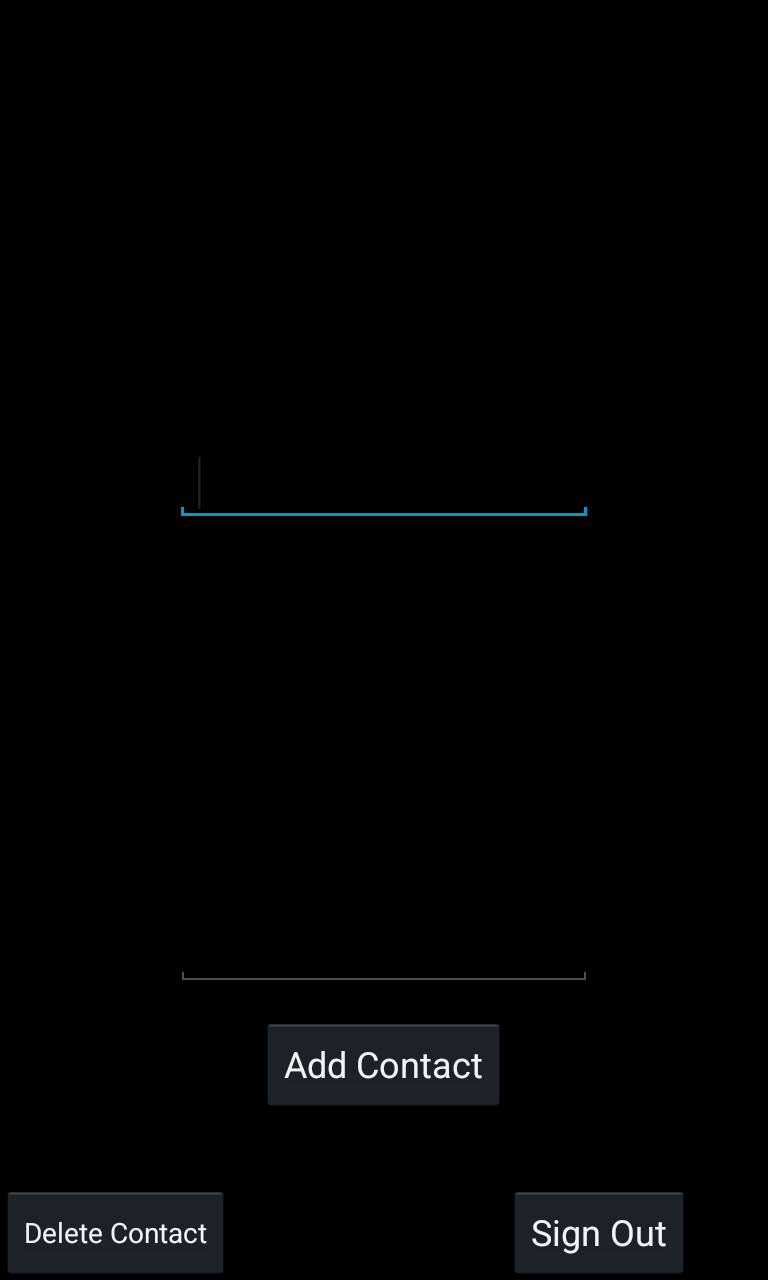
Repository: arianaantonio/CPMD
Layout: ContactsAppAndroid/res/layout/contacts_layout.xml
An editor plug-in stored every save of this project. The layout is shown before and after the next save, followed by the edit.
It is drawn on a 768 x 1280 px phone screen (xhdpi) without system bars, with theme android:Theme.Holo; the app's code is not run. Lists and similar views that code fills are empty.

Above is the layout before, as saved 2014-10-30 09:41:46.

### ContactsAppAndroid/res/layout/contacts_layout.xml
<?xml version="1.0" encoding="utf-8"?>
<RelativeLayout xmlns:android="http://schemas.android.com/apk/res/android"
    xmlns:tools="http://schemas.android.com/tools"
    android:layout_width="match_parent"
    android:layout_height="match_parent"
    android:orientation="vertical"
    tools:context="com.parse.starter.ContactsActivity" >

    <ListView
        android:id="@+id/listView1"
        android:layout_width="match_parent"
        android:layout_height="200dp"
        android:layout_alignParentTop="true"
        android:layout_centerHorizontal="true"
        android:layout_marginTop="22dp" >
    </ListView>

    <Button
        android:id="@+id/deleteButton"
        style="?android:attr/buttonStyleSmall"
        android:layout_width="wrap_content"
        android:layout_height="wrap_content"
        android:layout_alignParentBottom="true"
        android:layout_alignParentLeft="true"
        android:text="@string/delete" />

    <Button
        android:id="@+id/signoutButton"
        android:layout_width="wrap_content"
        android:layout_height="wrap_content"
        android:layout_alignParentBottom="true"
        android:layout_toRightOf="@+id/addButton"
        android:text="@string/signOut" />

    <EditText
        android:id="@+id/editText1"
        android:layout_width="wrap_content"
        android:layout_height="wrap_content"
        android:layout_below="@+id/listView1"
        android:layout_centerHorizontal="true"
        android:ems="10"
        android:inputType="date" >

        <requestFocus />
    </EditText>

    <EditText
        android:id="@+id/editText2"
        android:layout_width="wrap_content"
        android:layout_height="wrap_content"
        android:layout_above="@+id/addButton"
        android:layout_alignRight="@+id/editText1"
        android:layout_marginBottom="14dp"
        android:ems="10"
        android:inputType="numberDecimal" />

    <Button
        android:id="@+id/addButton"
        android:layout_width="wrap_content"
        android:layout_height="wrap_content"
        android:layout_above="@+id/deleteButton"
        android:layout_centerHorizontal="true"
        android:layout_marginBottom="36dp"
        android:text="@string/add" />

</RelativeLayout>

### ContactsAppAndroid/res/values/strings.xml
<?xml version="1.0" encoding="utf-8"?>
<resources>
    <string name="hello">Hello World, ParseStarterProjectActivity!</string>
    <string name="app_name">ParseStarterProject</string>
    <string name="login">Log In</string>
    <string name="signup">Sign Up</string>
    <string name="skip">Skip</string>
    <string name="username">username</string>
    <string name="password">password</string>
    <string name="newUsername">Create Username</string>
    <string name="newPassword">Create Password</string>
    <string name="contacts">Contacts</string>
    <string name="name">John Smith</string>
    <string name="phoneNumber">(323)523-2463</string>
    <string name="add">Add Contact</string>
    <string name="delete">Delete Contact</string>
    <string name="signOut">Sign Out</string>

</resources>

After the next save:
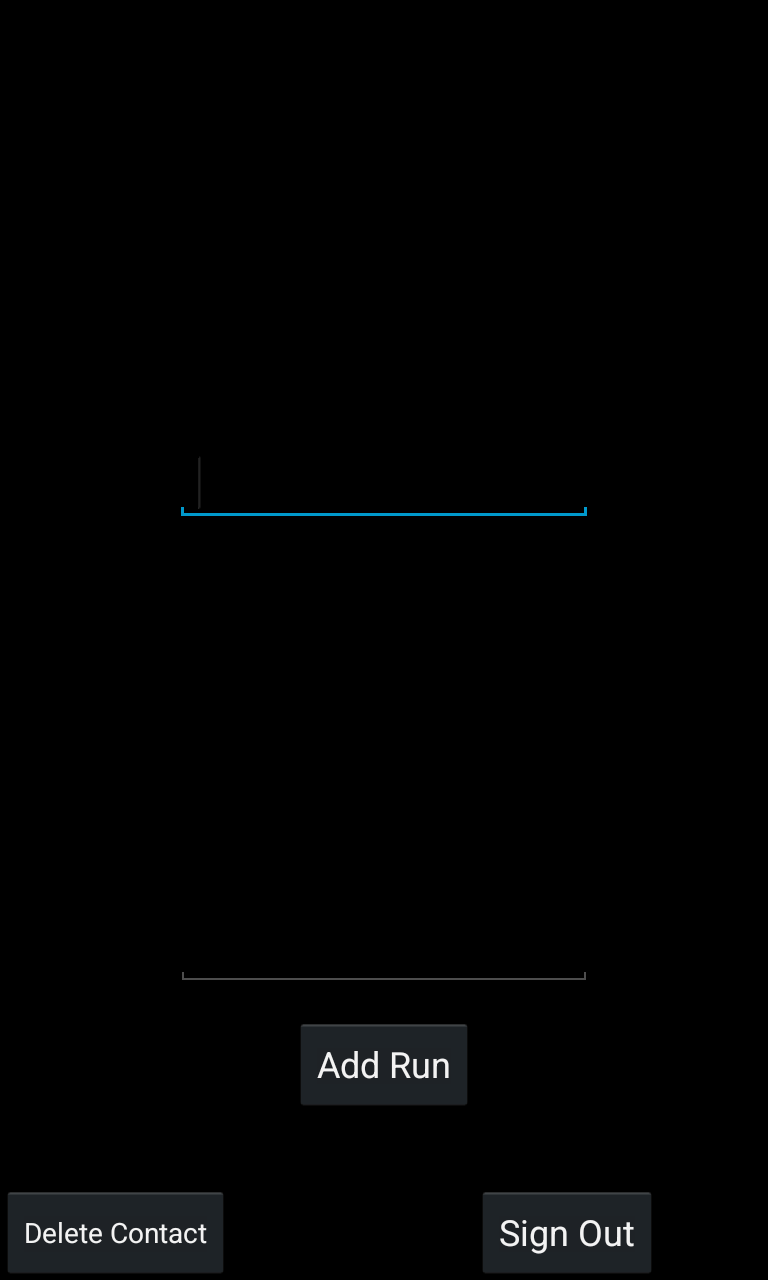
Saved 32 s later.
--- a/ContactsAppAndroid/res/values/strings.xml
+++ b/ContactsAppAndroid/res/values/strings.xml
@@ -12,7 +12,7 @@
     <string name="contacts">Contacts</string>
     <string name="name">John Smith</string>
     <string name="phoneNumber">(323)523-2463</string>
-    <string name="add">Add Contact</string>
+    <string name="add">Add Run</string>
     <string name="delete">Delete Contact</string>
     <string name="signOut">Sign Out</string>
 
